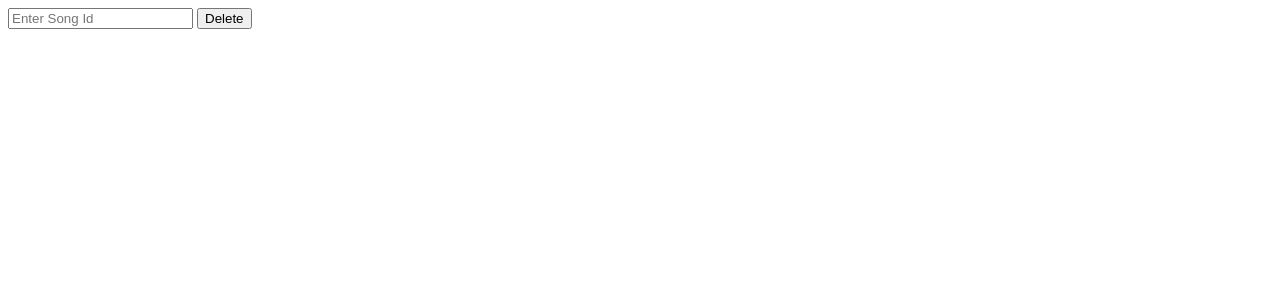
Repository: vishaltawar/J2EE-WEJE-2
Page: http://localhost/musicjsp/DeleteSongTransferId.jsp
The author's editor kept a copy of each file at every save. The page is drawn from the files as they stood at one save, then again after the next save.
The browser window is 1280 px wide. The pictures show the whole page.
The page is served by Tomcat 9.

Above is the page before, as saved 2022-12-18 19:35:34.

After the next save:
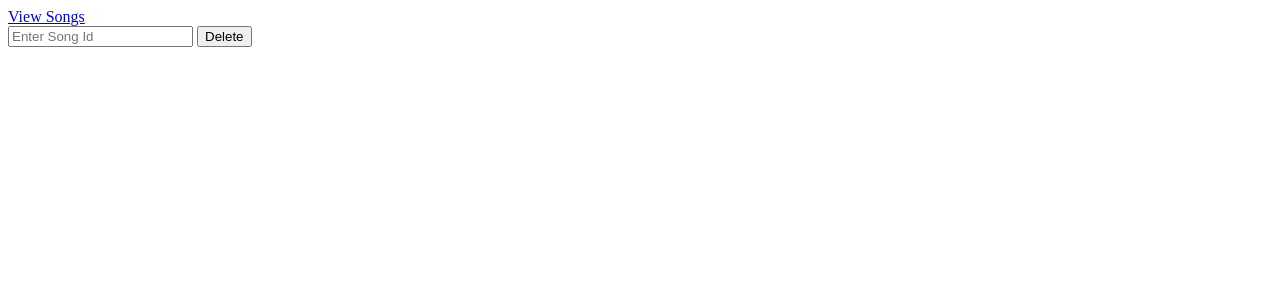
Saved 25 s later.
--- a/musicjsp/src/main/webapp/DeleteSongTransferId.jsp
+++ b/musicjsp/src/main/webapp/DeleteSongTransferId.jsp
@@ -7,6 +7,7 @@
 <title>Insert title here</title>
 </head>
 <body>
+<a href="ViewSong.jsp">View Songs</a>
 <form action="./deleteSong.jsp">
 <input type="text" placeholder="Enter Song Id ">
 <input type="submit" value="Delete">
